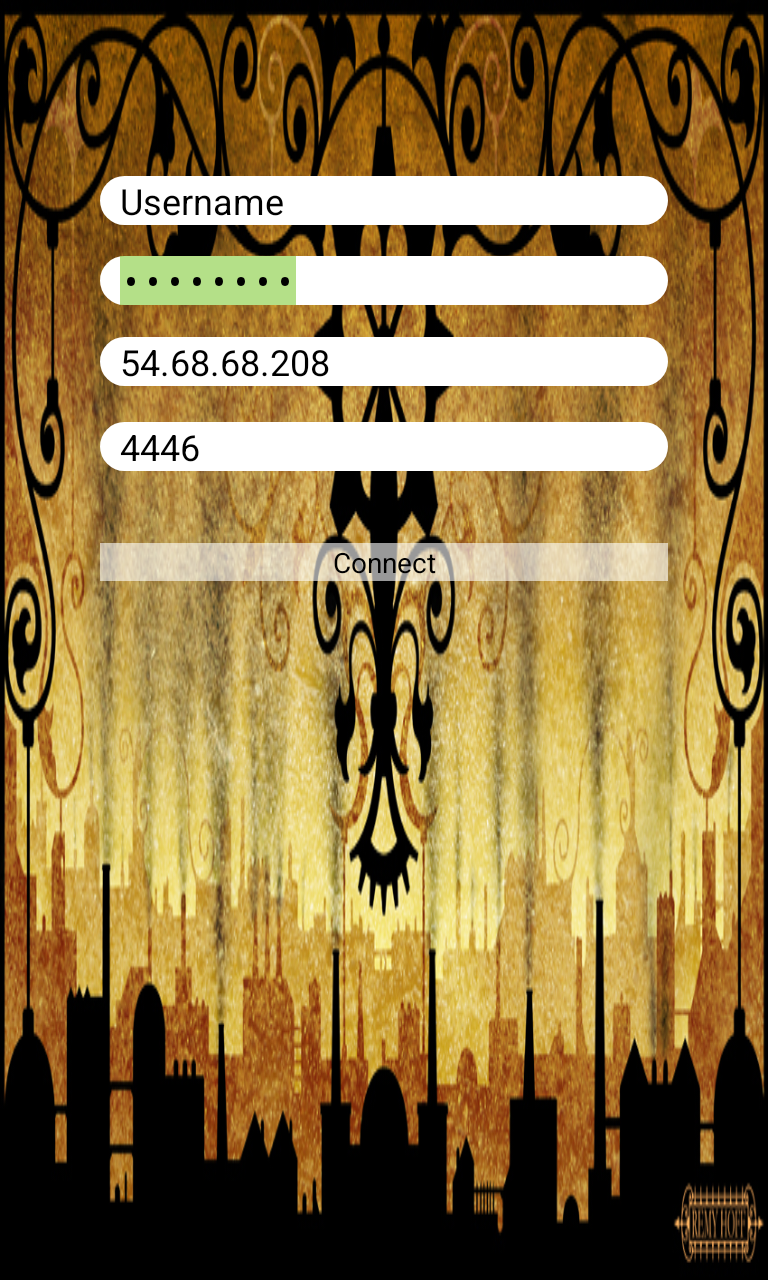
Repository: jkrepps/CSCE-482
Layout: Mobile Client (eclipse)/Industry of Deciet/res/layout/mains.xml
These files come from the project's save history. The layout is drawn as it stood at one moment and after the next save; the edit follows.
It is drawn on a 768 x 1280 px phone screen (xhdpi) without system bars, with theme AppTheme; the app's code is not run.

Above is the layout before, as saved 2014-12-03 10:51:05.

After the next save:
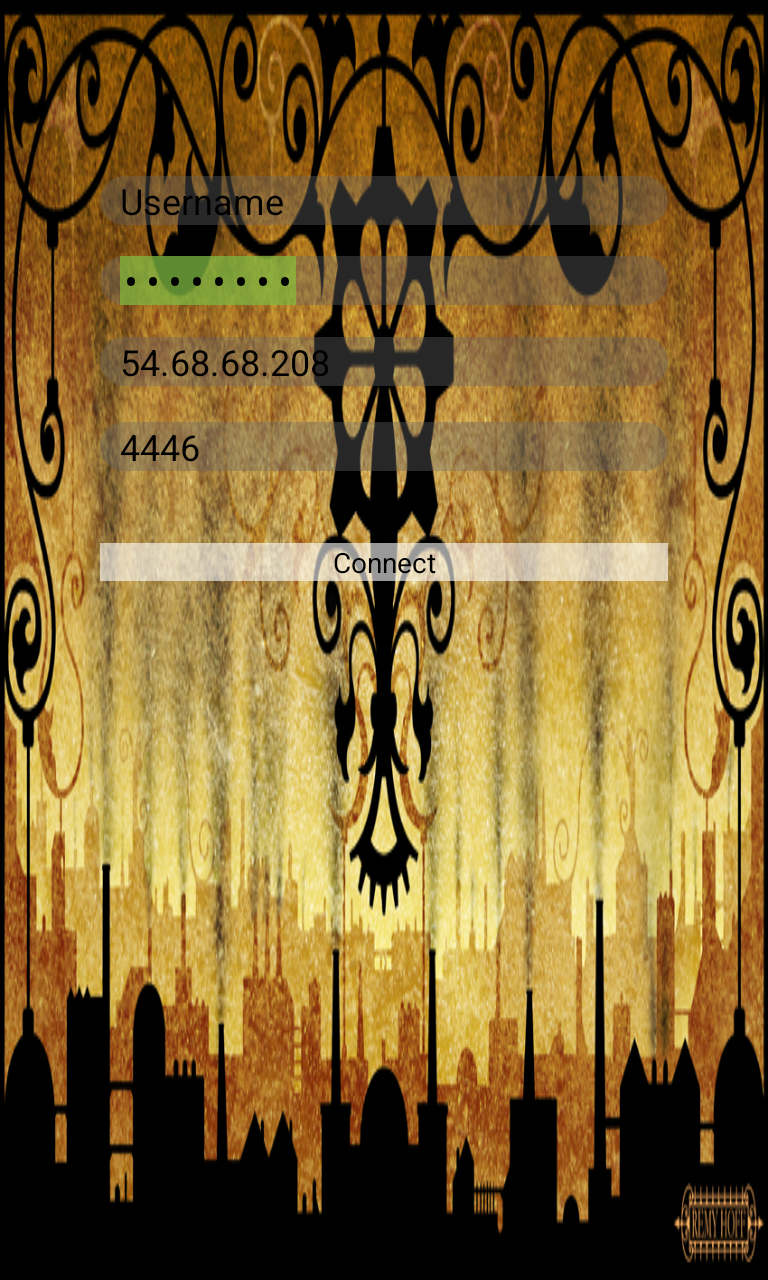
Saved 88 s later.
--- a/Mobile Client (eclipse)/Industry of Deciet/res/drawable-hdpi/roundededittext.xml
+++ b/Mobile Client (eclipse)/Industry of Deciet/res/drawable-hdpi/roundededittext.xml
@@ -2,7 +2,7 @@
 <!--  res/drawable/rounded_edittext.xml -->
 <shape xmlns:android="http://schemas.android.com/apk/res/android"
 android:shape="rectangle" android:padding="10dp">
- <solid android:color="#FFFFFF"/>
+ <solid android:color="#60676767"/>
     <corners
      android:bottomRightRadius="15dp"
      android:bottomLeftRadius="15dp"
